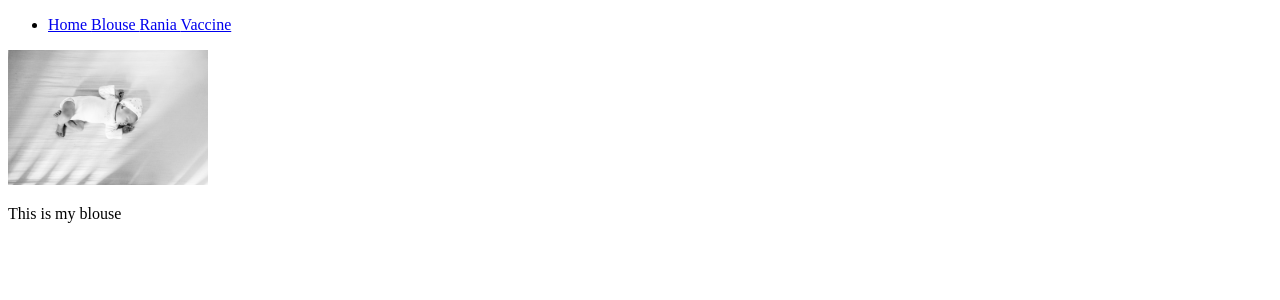
Repository: syazwanisaifuddin/ocb24-week-1
Page: blouse.html
These files come from the project's save history. The page is drawn as it stood at one moment and after the next save; the edit follows.
The browser window is 1280 px wide. The pictures show the whole page.

Above is the page before, as saved 2024-01-26 14:24:32.

### blouse.html
<!DOCTYPE html>
<html lang="en">
<head>
    <meta charset="UTF-8">
    <meta name="viewport" content="width=device-width, initial-scale=1.0">
    <title>Her Blouse</title>
</head>
<body>
    <ul>
        <li>
            <a href="index.html">
                Home
            </a>
            <a href="blouse.html">
                Blouse
            </a>
            <a href="rania/index.html">
                Rania
            </a>
            <a href="rania/vaccine.html">
                Vaccine
            </a>
        </li>
    </ul>
    <img src="img/newborn-daughter-in-crib.jpg" alt="baby" width="200px" height="auto">
    <p>This is my blouse</p>
</body>
</html>

After the next save:
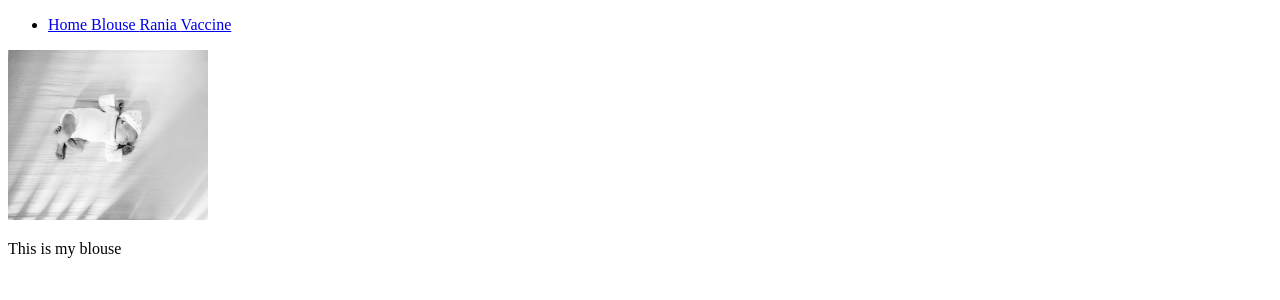
Saved 4 s later.
--- a/blouse.html
+++ b/blouse.html
@@ -22,7 +22,7 @@
             </a>
         </li>
     </ul>
-    <img src="img/newborn-daughter-in-crib.jpg" alt="baby" width="200px" height="auto">
+    <img src="img/newborn-daughter-in-crib.jpg" alt="baby" width="200px" height="170px">
     <p>This is my blouse</p>
 </body>
 </html>
